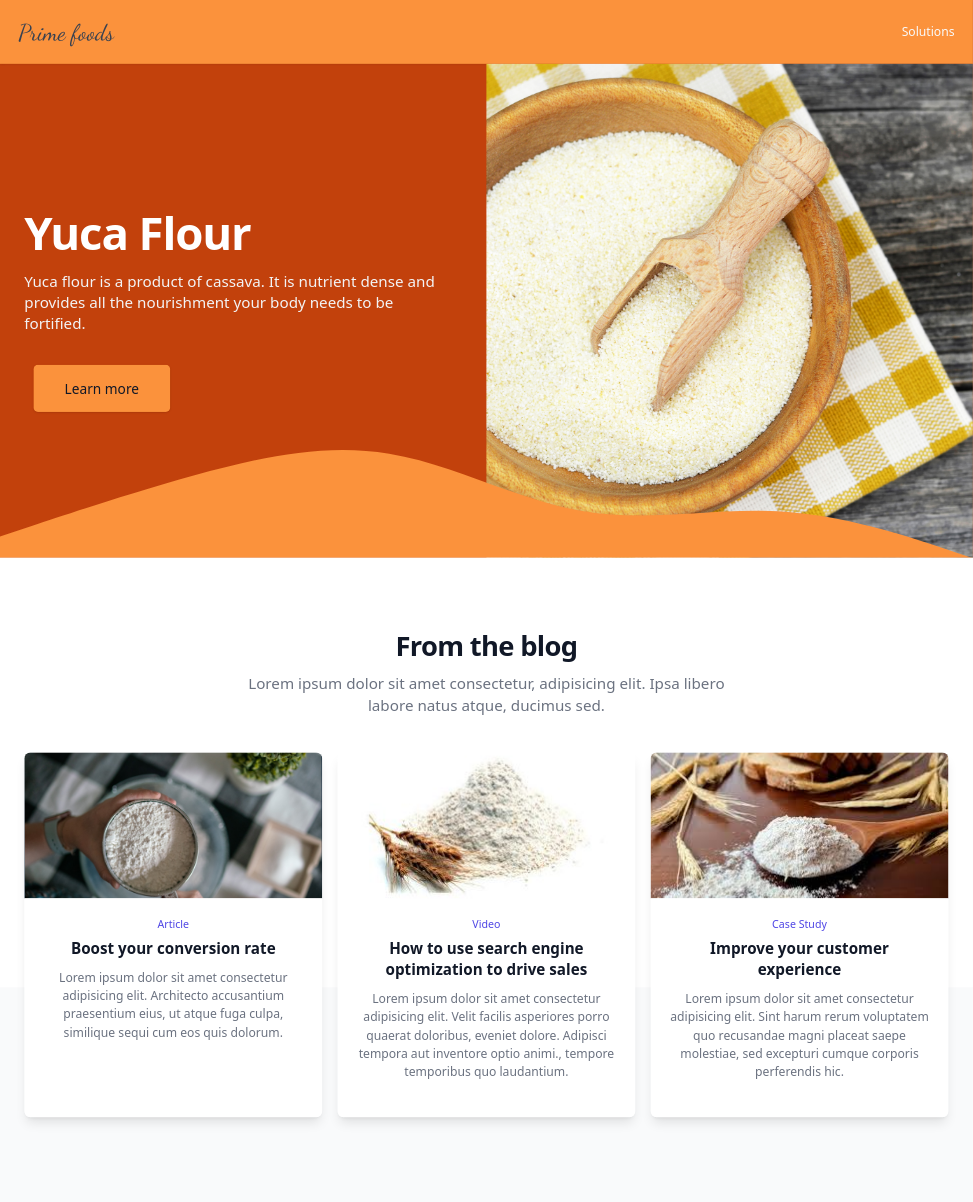
Repository: bellatrick/prime-foods
Page: /
These files come from the project's save history. The page is drawn as it stood at one moment and after the next save; the edit follows.
The browser window is 1280 px wide. The pictures show the whole page, at 76% of full size.
Some web fonts or font styles are not loaded; a fallback is used. The project was rebuilt for these pictures with package versions that can differ from the ones it lists, and the page was loaded fresh each time. A package was used in the major version that the imports need, not the one package.json lists.

Above is the page before, as saved 2022-04-30 19:37:02.

### public/index.html
<!DOCTYPE html>
<html lang="en">
  <head>
    <meta charset="utf-8" />
    <link rel="icon" href="%PUBLIC_URL%/favicon.ico" />
    <meta name="viewport" content="width=device-width, initial-scale=1" />
    <meta name="theme-color" content="#000000" />
    <meta
      name="description"
      content="Web site created using create-react-app"
    />
    <link rel="apple-touch-icon" href="%PUBLIC_URL%/logo192.png" />
    <link rel="preconnect" href="https://fonts.googleapis.com" />
    <link rel="preconnect" href="https://fonts.gstatic.com" crossorigin />
    <link
      href="https://fonts.googleapis.com/css2?family=Dancing+Script:wght@400;500;600;700&family=Inter:wght@100;200;300;400;500;700;900&family=Kavoon&display=swap"
      rel="stylesheet"
    />
    <!--
      manifest.json provides metadata used when your web app is installed on a
      user's mobile device or desktop. See https://developers.google.com/web/fundamentals/web-app-manifest/
    -->
    <link rel="manifest" href="%PUBLIC_URL%/manifest.json" />
    <!--
      Notice the use of %PUBLIC_URL% in the tags above.
      It will be replaced with the URL of the `public` folder during the build.
      Only files inside the `public` folder can be referenced from the HTML.

      Unlike "/favicon.ico" or "favicon.ico", "%PUBLIC_URL%/favicon.ico" will
      work correctly both with client-side routing and a non-root public URL.
      Learn how to configure a non-root public URL by running `npm run build`.
    -->
    <title>React App</title>
  </head>
  <body>
    <noscript>You need to enable JavaScript to run this app.</noscript>
    <div id="root"></div>
    <!--
      This HTML file is a template.
      If you open it directly in the browser, you will see an empty page.

      You can add webfonts, meta tags, or analytics to this file.
      The build step will place the bundled scripts into the <body> tag.

      To begin the development, run `npm start` or `yarn start`.
      To create a production bundle, use `npm run build` or `yarn build`.
    -->
  </body>
</html>

### src/App.js
import Hero from './components/Hero'
import Features from './components/Features'
import './App.css';

function App() {
  return (
    <div className="App">
     <Hero/>
     <Features/>
    </div>
  );
}

export default App;

### src/components/Hero.jsx
/* This example requires Tailwind CSS v2.0+ */
import { Fragment } from "react";
import { Popover, Transition } from "@headlessui/react";
import {
  BookmarkAltIcon,
  CalendarIcon,
  ChartBarIcon,
  CursorClickIcon,
  MenuIcon,
  PhoneIcon,
  PlayIcon,
  RefreshIcon,
  ShieldCheckIcon,
  SupportIcon,
  ViewGridIcon,
  XIcon,
} from "@heroicons/react/outline";
import { ChevronDownIcon } from "@heroicons/react/solid";
import img1 from "../assets/img10.jpg";
const features = [
  {
    name: "Analytics",
    href: "#",
    description:
      "Get a better understanding of where your traffic is coming from.",
    icon: ChartBarIcon,
  },
  {
    name: "Engagement",
    href: "#",
    description: "Speak directly to your customers in a more meaningful way.",
    icon: CursorClickIcon,
  },
  {
    name: "Security",
    href: "#",
    description: "Your customers' data will be safe and secure.",
    icon: ShieldCheckIcon,
  },
  {
    name: "Integrations",
    href: "#",
    description: "Connect with third-party tools that you're already using.",
    icon: ViewGridIcon,
  },
  {
    name: "Automations",
    href: "#",
    description:
      "Build strategic funnels that will drive your customers to convert",
    icon: RefreshIcon,
  },
];

const resources = [
  {
    name: "Help Center",
    description:
      "Get all of your questions answered in our forums or contact support.",
    href: "#",
    icon: SupportIcon,
  },
  {
    name: "Guides",
    description:
      "Learn how to maximize our platform to get the most out of it.",
    href: "#",
    icon: BookmarkAltIcon,
  },
  {
    name: "Events",
    description:
      "See what meet-ups and other events we might be planning near you.",
    href: "#",
    icon: CalendarIcon,
  },
  {
    name: "Security",
    description: "Understand how we take your privacy seriously.",
    href: "#",
    icon: ShieldCheckIcon,
  },
];


function classNames(...classes) {
  return classes.filter(Boolean).join(" ");
}

export default function Example() {
  return (
    <div className="relative bg-orange-700">
      <Popover className="relative bg-orange-400 shadow">
        <div className="max-w-7xl mx-auto px-4 sm:px-6">
          <div className="flex justify-between items-center py-6 md:justify-start md:space-x-10">
            <div className="flex justify-start lg:w-0 lg:flex-1">
              <p className="text-extrabold text-gray-700 text-3xl font-logo">
                Prime foods
              </p>
            </div>
            <div className="-mr-2 -my-2 md:hidden">
              <Popover.Button className="bg-orange-400 rounded-md p-2 inline-flex items-center justify-center text-gray-400 hover:text-gray-50 hover:bg-gray-100 focus:outline-none focus:ring-2 focus:ring-inset focus:ring-gray-50">
                <span className="sr-only">Open menu</span>
                <MenuIcon className="h-6 w-6" aria-hidden="true" />
              </Popover.Button>
            </div>
            <Popover.Group as="nav" className="hidden md:flex space-x-10">
              <Popover className="relative">
                {({ open }) => (
                  <>
                    <Popover.Button
                      className={classNames(
                        open ? "text-gray-900" : "text-gray-50",
                        "group bg-orange-400 rounded-md inline-flex items-center text-base font-medium hover:text-gray-900 focus:outline-none focus:ring-2 focus:ring-offset-2 focus:ring-gray-50"
                      )}
                    >
                      <span>Solutions</span>
                    </Popover.Button>
                    <Transition
                      as={Fragment}
                      enter="transition ease-out duration-200"
                      enterFrom="opacity-0 translate-y-1"
                      enterTo="opacity-100 translate-y-0"
                      leave="transition ease-in duration-150"
                      leaveFrom="opacity-100 translate-y-0"
                      leaveTo="opacity-0 translate-y-1"
                    >

                    </Transition>
                  </>
                )}
              </Popover>
            </Popover.Group>
          </div>
        </div>
        <Transition
          as={Fragment}
          enter="duration-200 ease-out"
          enterFrom="opacity-0 scale-95"
          enterTo="opacity-100 scale-100"
          leave="duration-100 ease-in"
          leaveFrom="opacity-100 scale-100"
          leaveTo="opacity-0 scale-95"
        >
          <Popover.Panel
            focus
            className="absolute top-0 inset-x-0 z-10 p-2 transition transform origin-top-right md:hidden"
          >
            <div className="rounded-lg shadow-lg ring-1 ring-black ring-opacity-5 bg-[#FB923C] divide-y-2 divide-gray-50">
              <div className="pt-5 pb-6 px-5">
                <div className="flex items-center justify-between">
                  <div>Prime foods</div>
                  <div className="-mr-2">
                    <Popover.Button className="bg-orange-400 rounded-md p-2 inline-flex items-center justify-center text-gray-400 hover:text-gray-50 hover:bg-gray-100 focus:outline-none focus:ring-2 focus:ring-inset focus:ring-gray-50">
                      <span className="sr-only">Close menu</span>
                      <XIcon className="h-6 w-6" aria-hidden="true" />
                    </Popover.Button>
                  </div>
                </div>
                <div className="mt-6">
                  <nav className="grid gap-y-8">
                    {features.map((item) => (
                      <a
                        key={item.name}
                        href={item.href}
                        className="-m-3 p-3 flex items-center rounded-md hover:bg-gray-50"
                      >
                        <item.icon
                          className="flex-shrink-0 h-6 w-6 text-gray-600"
                          aria-hidden="true"
                        />
                        <span className="ml-3 text-base font-medium text-gray-900">
                          {item.name}
                        </span>
                      </a>
                    ))}
                  </nav>
                </div>
              </div>
              <div className="py-6 px-5 space-y-6">
                <div className="grid grid-cols-2 gap-y-4 gap-x-8">
                  {resources.map((item) => (
                    <a
                      key={item.name}
                      href={item.href}
                      className="text-base font-medium text-gray-900 hover:text-gray-700"
                    >
                      {item.name}
                    </a>
                  ))}
                </div>
              </div>
            </div>
          </Popover.Panel>
        </Transition>
      </Popover>

      <main className="lg:relative">
        <div className="mx-auto max-w-7xl w-full pt-16 pb-20 text-center lg:py-48 lg:text-left">
          <div className="px-4 lg:w-1/2 sm:px-8 xl:pr-16">
            <h1 className="text-4xl tracking-tight font-extrabold text-white sm:text-5xl md:text-6xl lg:text-5xl xl:text-6xl">
              <span className="block xl:inline">Yuca Flour</span>{" "}
            </h1>
            <p className="mt-3 max-w-md mx-auto text-lg text-gray-100 sm:text-xl md:mt-5 md:max-w-3xl">
              Yuca flour is a product of cassava. It is nutrient dense and
              provides all the nourishment your body needs to be fortified.
            </p>
            <div className="mt-10 sm:flex sm:justify-center lg:justify-start">
              <div className="mt-3 rounded-md shadow sm:mt-0 sm:ml-3">
                <a
                  href="#preparation"
                  className="w-full flex items-center justify-center px-8 py-3 border border-transparent text-base font-medium rounded-md text-gray-900 bg-orange-400 hover:bg-gray-50 md:py-4 md:text-lg md:px-10"
                >
                  Learn more
                </a>
              </div>
            </div>
          </div>
        </div>
        <div className="relative w-full h-64 sm:h-72 md:h-96 lg:absolute lg:inset-y-0 lg:right-0 lg:w-1/2 lg:h-full">
          <img
            className="absolute inset-0 w-full h-full object-cover"
            src={img1}
            alt=""
          />
        </div>
      </main>
      <div className="absolute bottom-0 left-0 right-0 w-full">
        <svg xmlns="http://www.w3.org/2000/svg" viewBox="0 0 1440 320">
          <path
            fill="#FB923C"
            fill-opacity="1"
            d="M0,288L48,272C96,256,192,224,288,197.3C384,171,480,149,576,165.3C672,181,768,235,864,250.7C960,267,1056,245,1152,250.7C1248,256,1344,288,1392,304L1440,320L1440,320L1392,320C1344,320,1248,320,1152,320C1056,320,960,320,864,320C768,320,672,320,576,320C480,320,384,320,288,320C192,320,96,320,48,320L0,320Z"
          ></path>
        </svg>
      </div>
    </div>
  );
}

### src/components/Features.jsx
import img1 from '../assets/img2.jpg'
import img2 from '../assets/img3.png'
import img3 from '../assets/img4.jfif'
import img4 from '../assets/img5.jpg'
const posts = [
    {
      title: 'Boost your conversion rate',
      href: '#',
      category: { name: 'Article', href: '#' },
      description:
        'Lorem ipsum dolor sit amet consectetur adipisicing elit. Architecto accusantium praesentium eius, ut atque fuga culpa, similique sequi cum eos quis dolorum.',
      date: 'Mar 16, 2020',
      datetime: '2020-03-16',
      imageUrl:
        img2,
      readingTime: '6 min',
    },
    {
      title: 'How to use search engine optimization to drive sales',
      href: '#',
      category: { name: 'Video', href: '#' },
      description:
        'Lorem ipsum dolor sit amet consectetur adipisicing elit. Velit facilis asperiores porro quaerat doloribus, eveniet dolore. Adipisci tempora aut inventore optio animi., tempore temporibus quo laudantium.',
      date: 'Mar 10, 2020',
      datetime: '2020-03-10',
      imageUrl:
        img1,
      readingTime: '4 min',
    },
    {
      title: 'Improve your customer experience',
      href: '#',
      category: { name: 'Case Study', href: '#' },
      description:
        'Lorem ipsum dolor sit amet consectetur adipisicing elit. Sint harum rerum voluptatem quo recusandae magni placeat saepe molestiae, sed excepturi cumque corporis perferendis hic.',
      date: 'Feb 12, 2020',
      datetime: '2020-02-12',
      imageUrl:
        img3,
      readingTime: '11 min',
    },
  ]

  export default function Example() {
    return (
      <div className="relative bg-gray-50 pt-16 pb-20 px-4 sm:px-6 lg:pt-24 lg:pb-28 lg:px-8">
        <div className="absolute inset-0">
          <div className="bg-white h-1/3 sm:h-2/3" />
        </div>
        <div className="relative max-w-7xl mx-auto">
          <div className="text-center">
            <h2 className="text-3xl tracking-tight font-extrabold text-gray-900 sm:text-4xl">From the blog</h2>
            <p className="mt-3 max-w-2xl mx-auto text-xl text-gray-500 sm:mt-4">
              Lorem ipsum dolor sit amet consectetur, adipisicing elit. Ipsa libero labore natus atque, ducimus sed.
            </p>
          </div>
          <div className="mt-12 max-w-lg mx-auto grid gap-5 lg:grid-cols-3 lg:max-w-none">
            {posts.map((post) => (
              <div key={post.title} className="flex flex-col rounded-lg shadow-lg overflow-hidden">
                <div className="flex-shrink-0">
                  <img className="h-48 w-full object-cover" src={post.imageUrl} alt="" />
                </div>
                <div className="flex-1 bg-white p-6 flex flex-col justify-between">
                  <div className="flex-1">
                    <p className="text-sm font-medium text-indigo-600">
                      <a href={post.category.href} className="hover:underline">
                        {post.category.name}
                      </a>
                    </p>
                    <a href={post.href} className="block mt-2">
                      <p className="text-xl font-semibold text-gray-900">{post.title}</p>
                      <p className="mt-3 text-base text-gray-500">{post.description}</p>
                    </a>
                  </div>
                  <div className="mt-6 flex items-center">

                  </div>
                </div>
              </div>
            ))}
          </div>
        </div>
      </div>
    )
  }

### tailwind.config.js
module.exports = {
  content: [
    "./src/**/*.{js,jsx,ts,tsx}",
  ],
  theme: {
    extend: {
      colors:{
        primary: "#do380c",

      },
      fontFamily:{
        'body': ['Inter', 'sans-serif'],
        'logo':['Dancing Script', 'cursive']
      }
    },
  },
  plugins: [],
}

Loaded but not shown: src/index.js (common file); src/index.css (common file); src/reportWebVitals.js (common file); src/App.css (common file)

After the next save:
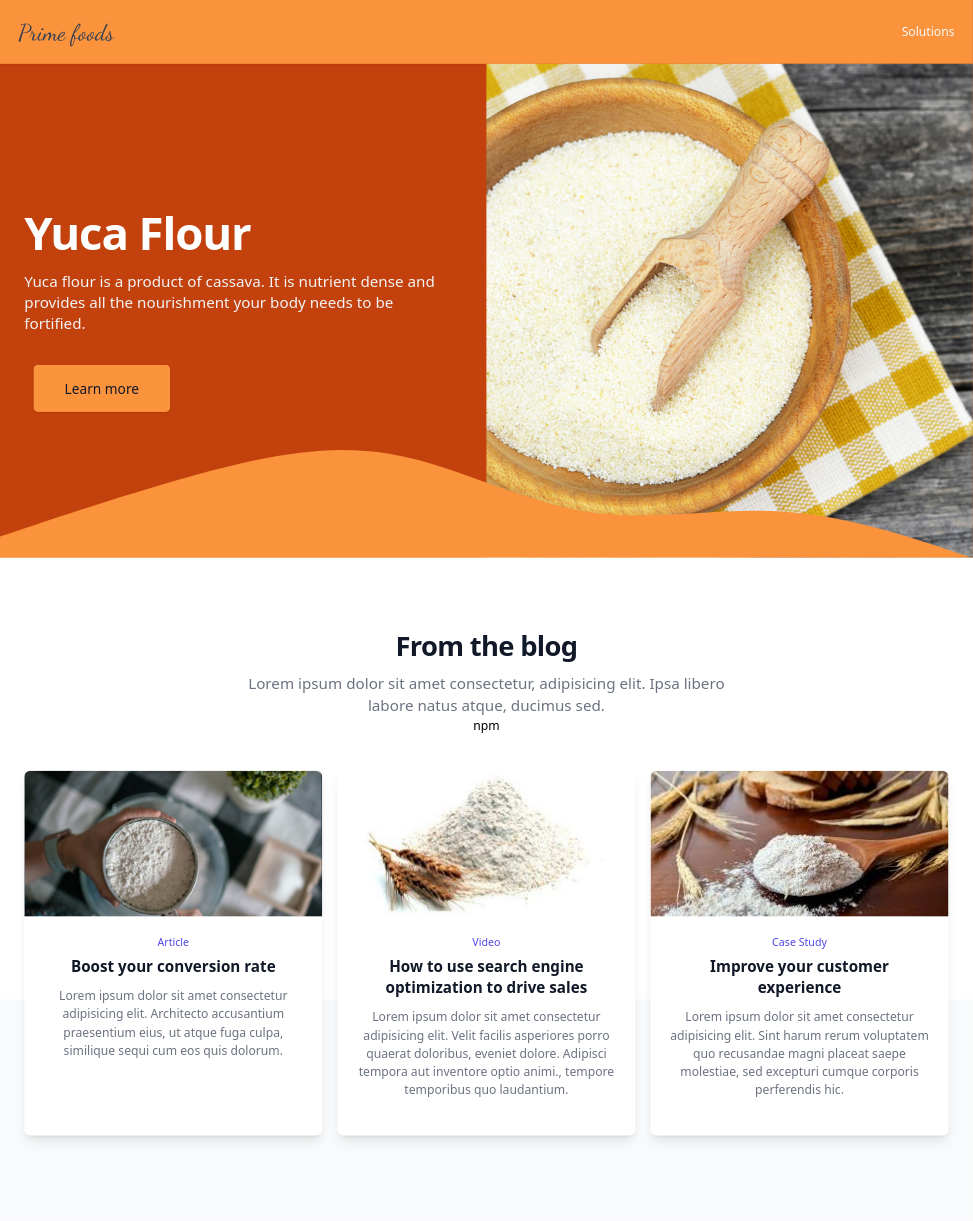
Saved 12 min 30 s later.
--- a/src/components/Features.jsx
+++ b/src/components/Features.jsx
@@ -52,7 +52,7 @@
             <h2 className="text-3xl tracking-tight font-extrabold text-gray-900 sm:text-4xl">From the blog</h2>
             <p className="mt-3 max-w-2xl mx-auto text-xl text-gray-500 sm:mt-4">
               Lorem ipsum dolor sit amet consectetur, adipisicing elit. Ipsa libero labore natus atque, ducimus sed.
-            </p>
+            </p>npm
           </div>
           <div className="mt-12 max-w-lg mx-auto grid gap-5 lg:grid-cols-3 lg:max-w-none">
             {posts.map((post) => (
